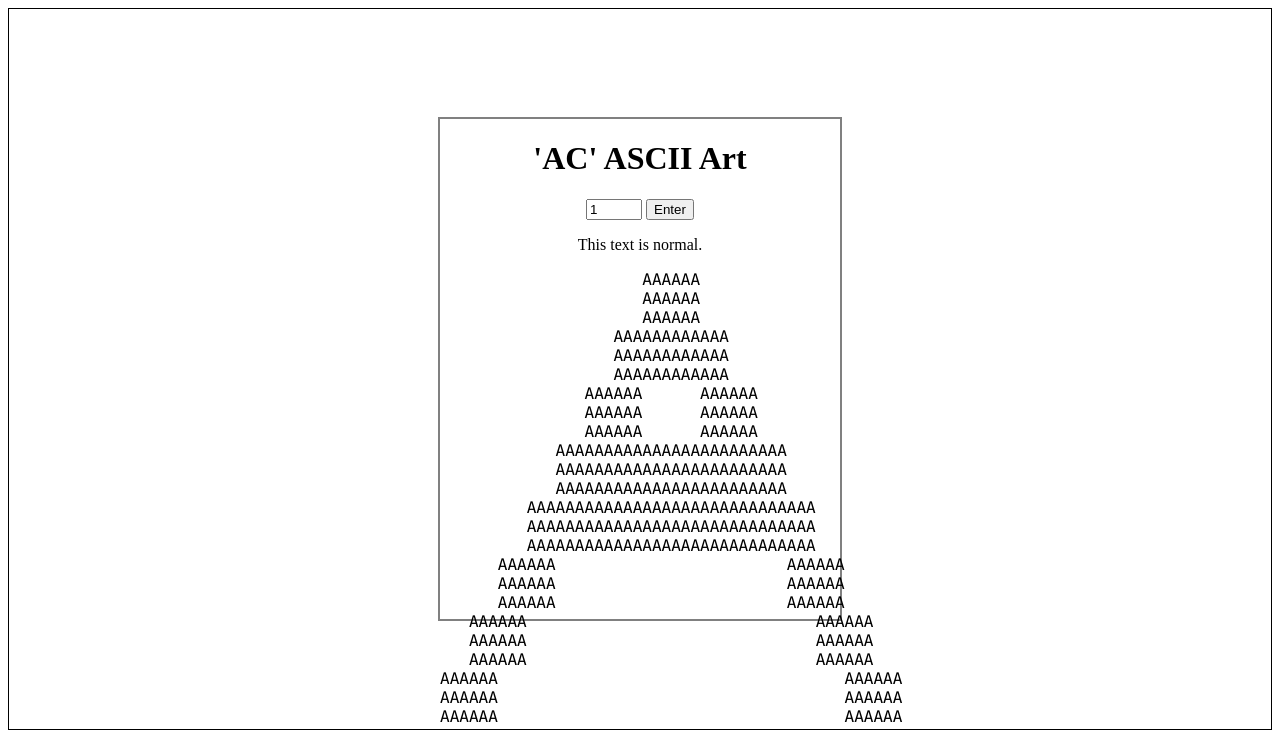
Repository: Achorn/ascii-art
Page: index.html
These files come from the project's save history. The page is drawn as it stood at one moment and after the next save; the edit follows.
The browser window is 1280 px wide. The pictures show the whole page.

Above is the page before, as saved 2021-08-09 16:27:54.

After the next save:
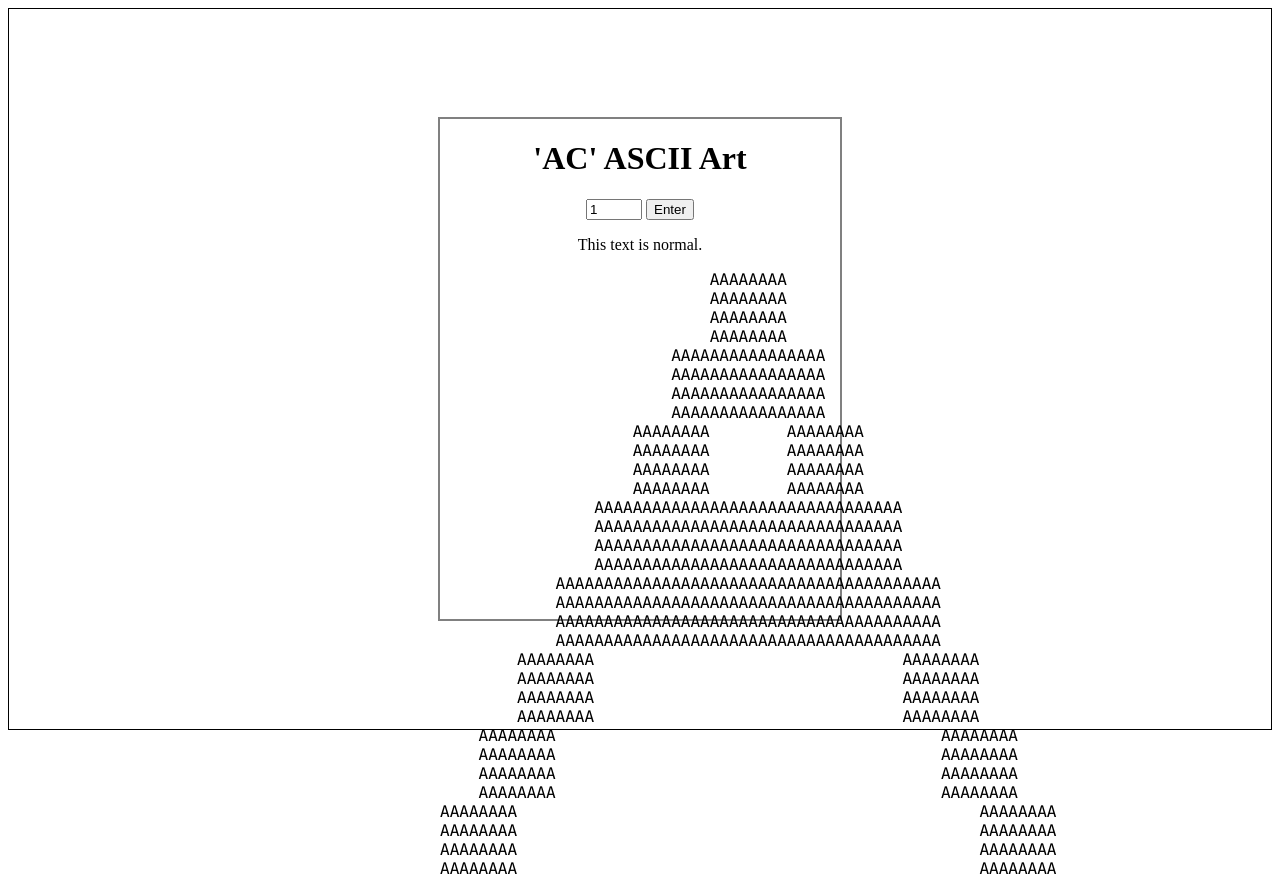
Saved 68 s later.
--- a/myscripts.js
+++ b/myscripts.js
@@ -171,7 +171,7 @@ function scaleSpread(array, factor) {
 
   return scaled;
 }
-let sixteen = scaleSpread(eight, 3);
+let sixteen = scaleSpread(eight, 4);
 
 function arrToString(arr) {
   let string = "";
